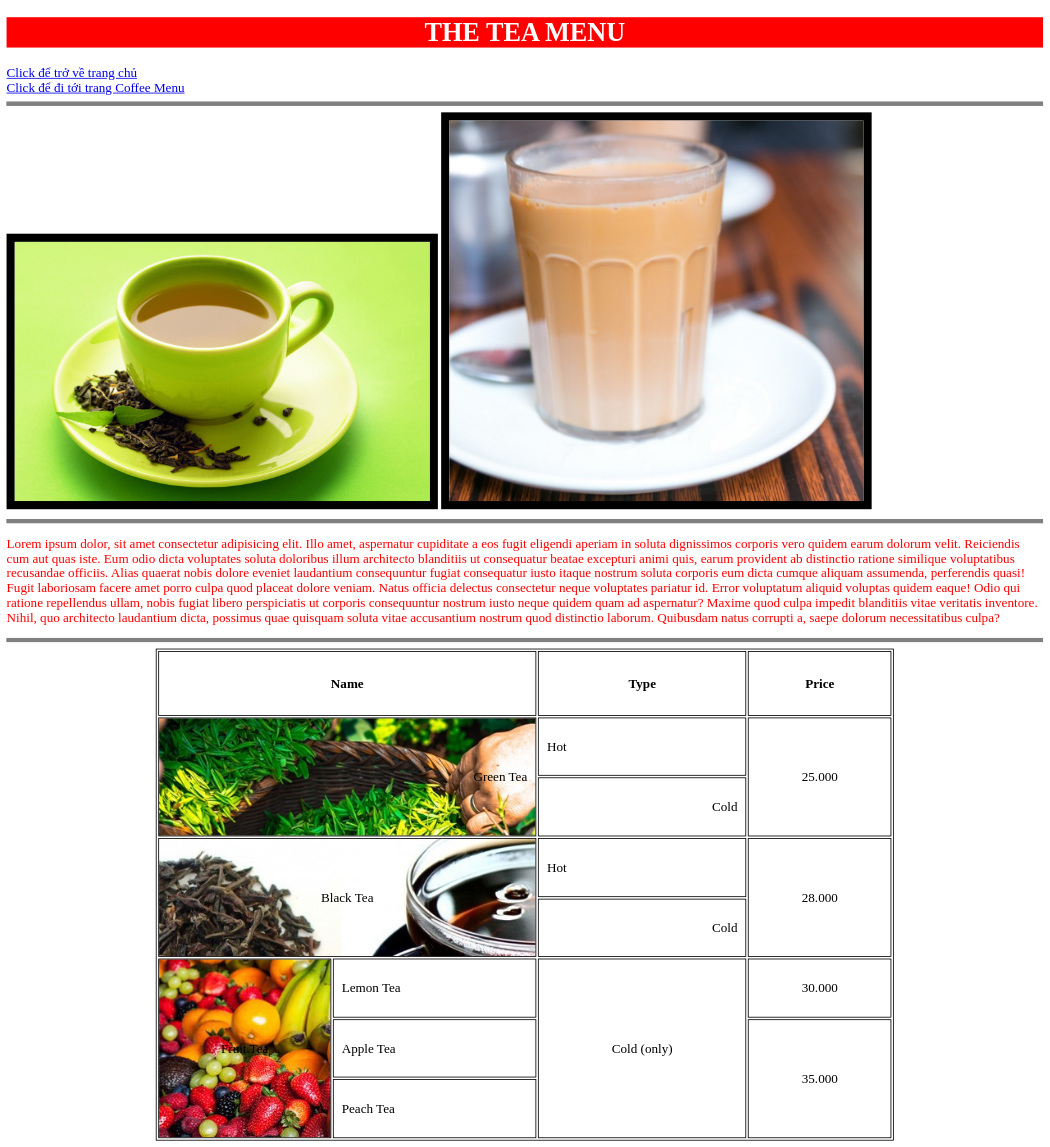
Repository: giahuy405/HomeWork_Coffee
Page: tea.html
An editor plug-in stored every save of this project. The page is shown before and after the next save, followed by the edit.
The browser window is 1280 px wide. The pictures show the whole page, at 82% of full size.

Above is the page before, as saved 2022-09-07 11:48:44.

### tea.html
<!DOCTYPE html>
<html lang="en">
<head>
    <meta charset="UTF-8">
    <meta http-equiv="X-UA-Compatible" content="IE=edge">
    <meta name="viewport" content="width=device-width, initial-scale=1.0">
    <title>Document</title>
    <link rel="stylesheet" href="./css/tea.css">
</head>
<body>
    <header>
        <h1 style="text-align:center;color:white;background-color:red">THE TEA MENU</h1>
        <a href="#">Click để trở về trang chủ</a>
        <br>
        <a href="#">Click để đi tới trang Coffee Menu</a>
        <hr size="5px" noshade>
    </header>
    <div class="intro-img">
        <img style="width:40%;border: 10px solid black" src="./img/Green-Tea.jpg" alt="">
        <img style="width:40%;border: 10px solid black;" src="./img/milktea.png" alt="">
        <hr size="5px" noshade>
        <p style="color: red;">Lorem ipsum dolor, sit amet consectetur adipisicing elit. Illo amet, aspernatur cupiditate a eos fugit eligendi aperiam in soluta dignissimos corporis vero quidem earum dolorum velit. Reiciendis cum aut quas iste. Eum odio dicta voluptates soluta doloribus illum architecto blanditiis ut consequatur beatae excepturi animi quis, earum provident ab distinctio ratione similique voluptatibus recusandae officiis. Alias quaerat nobis dolore eveniet laudantium consequuntur fugiat consequatur iusto itaque nostrum soluta corporis eum dicta cumque aliquam assumenda, perferendis quasi! Fugit laboriosam facere amet porro culpa quod placeat dolore veniam. Natus officia delectus consectetur neque voluptates pariatur id. Error voluptatum aliquid voluptas quidem eaque! Odio qui ratione repellendus ullam, nobis fugiat libero perspiciatis ut corporis consequuntur nostrum iusto neque quidem quam ad aspernatur? Maxime quod culpa impedit blanditiis vitae veritatis inventore. Nihil, quo architecto laudantium dicta, possimus quae quisquam soluta vitae accusantium nostrum quod distinctio laborum. Quibusdam natus corrupti a, saepe dolorum necessitatibus culpa?</p>
        <hr size="5px" noshade>
    </div>
    <table>
        <tr>
            <th colspan="2">Name</th>
            <th>Type</th>
            <th>Price</th>
        </tr>
        <tr>
            <td colspan="2" rowspan="2" style="background-image: url(./img/greentea.jpg);text-align: right;">Green Tea</td>
            <td>Hot</td>
            <td rowspan="2" style="text-align: center;">25.000</td>
        </tr>
        <tr>
            <td style="text-align: right;">Cold</td>
        </tr>
        <tr>
            <td colspan="2" rowspan="2" style="text-align:center;background-image: url(./img/blacktea.jpg);">Black Tea</td>
            <td>Hot</td>
            <td rowspan="2" style="text-align: center;">28.000</td>
        </tr>
        <tr>
            <td style="text-align: right;">Cold</td>
        </tr>
        <tr>
            <td rowspan="3" style="text-align: center;background-image: url(./img/fruit.jpg);">Fruit Tea</td>
            <td>Lemon Tea</td>
            <td rowspan="3" style="text-align: center;">Cold (only)</td>
            <td style="text-align: center;">30.000</td>
        </tr>
        <tr>
            <td>Apple Tea</td>
            <td style="text-align: center;" rowspan="2" >35.000</td>
        </tr>
        <tr>
            <td>Peach Tea</td>
        </tr>
    </table>
</body>
</html>

### css/tea.css
table,th,td{
    border: 1px solid black;
    border-collapse: separate;

}
table{
    width: 900px;
    height: 600px;
    margin: 0 auto;
}
table td{
    padding: 0 10px;

}

After the next save:
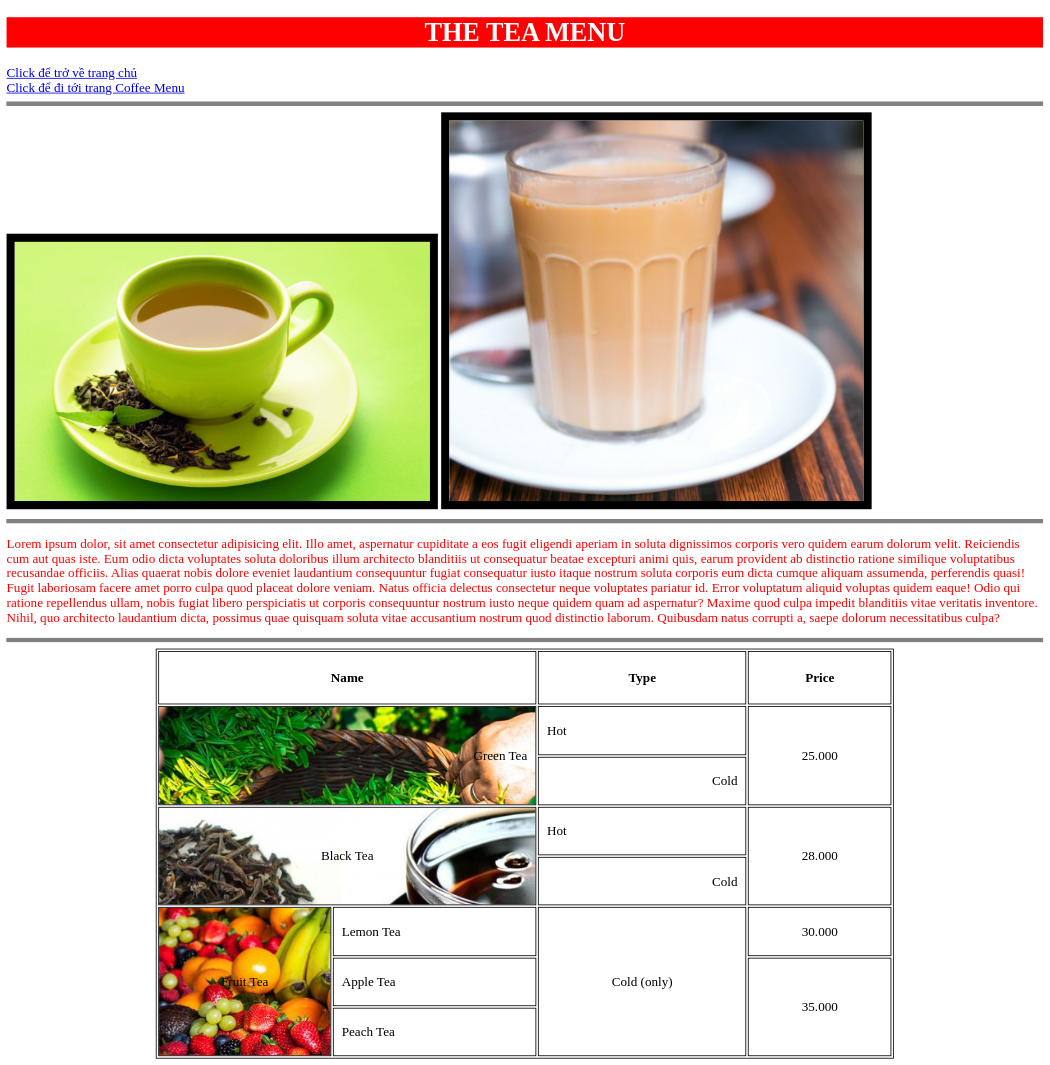
Saved 4 s later.
--- a/css/tea.css
+++ b/css/tea.css
@@ -5,7 +5,7 @@ table,th,td{
 }
 table{
     width: 900px;
-    height: 600px;
+    height: 500px;
     margin: 0 auto;
 }
 table td{
